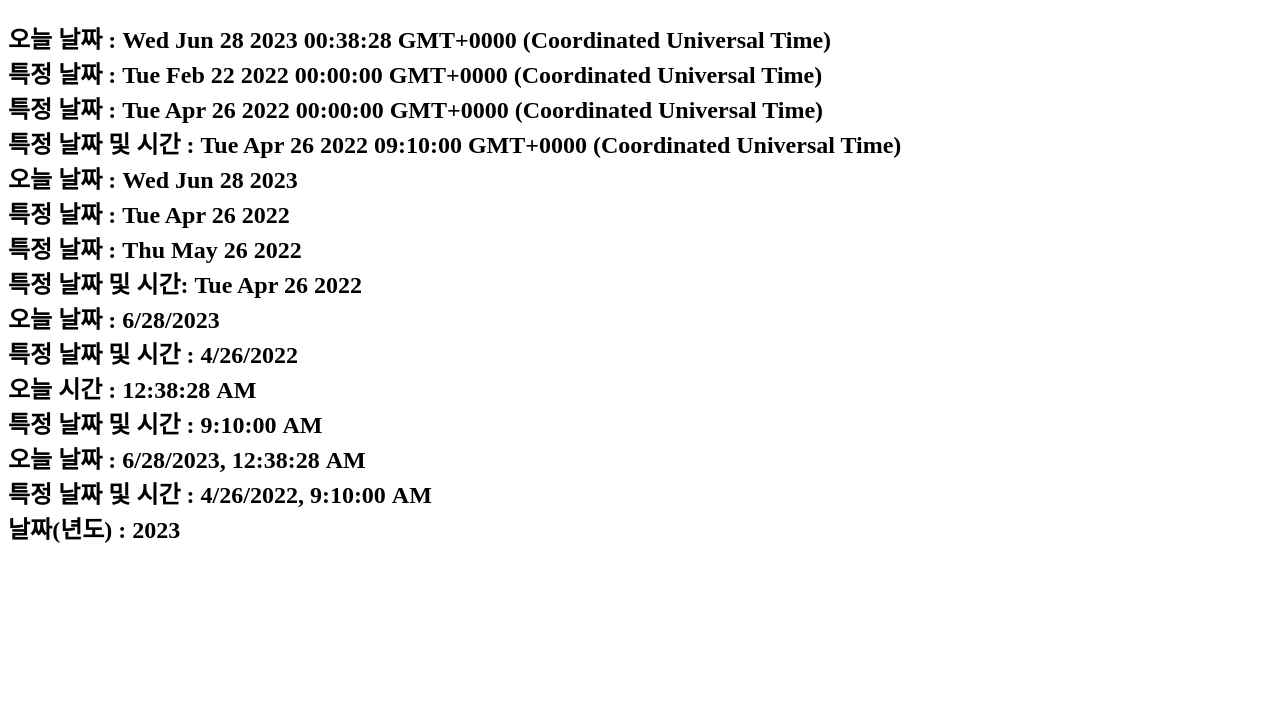
Repository: shinsil0601/webstudy
Page: 03_JavaScript/src/main/webapp/day03/ex02_Date.html
An editor plug-in stored every save of this project. The page is shown before and after the next save, followed by the edit.
The browser window is 1280 px wide. The pictures show the whole page.

Above is the page before, as saved 2023-06-29 02:14:38.

After the next save:
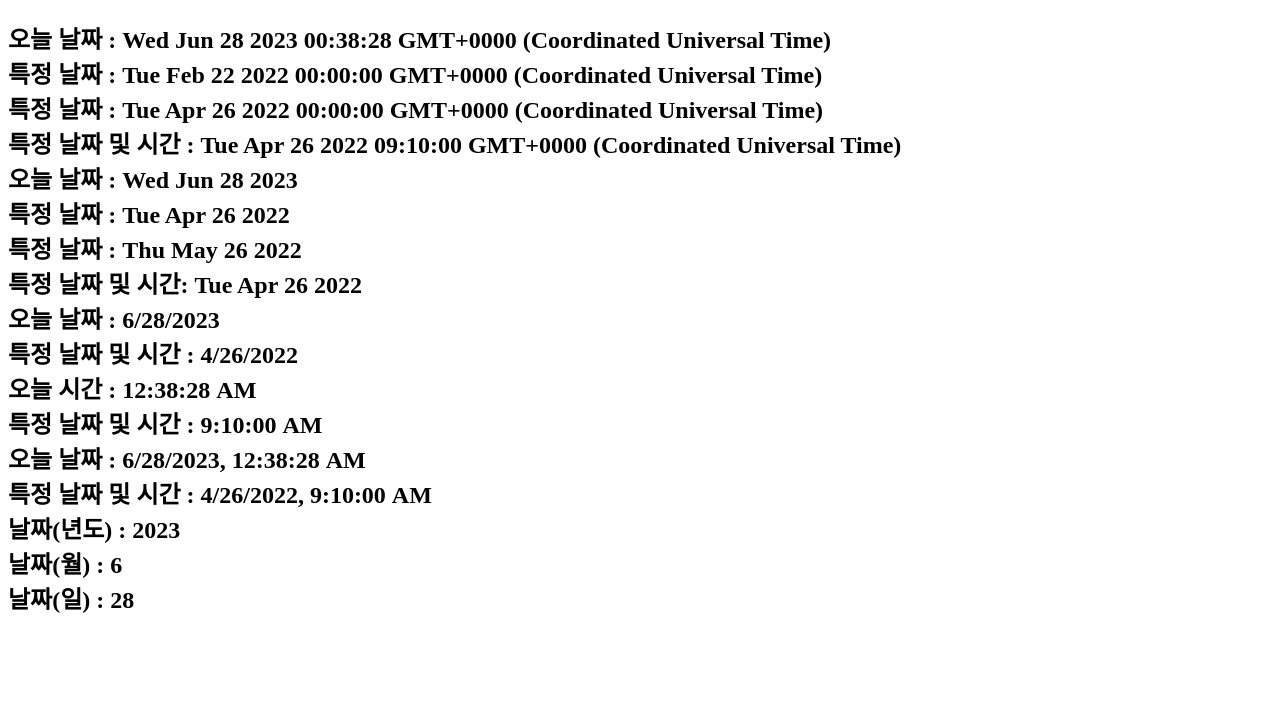
Console error (its wording comes from the project's code and is left out).
Saved 2 min 47 s later.
--- a/03_JavaScript/src/main/webapp/day03/ex02_Date.html
+++ b/03_JavaScript/src/main/webapp/day03/ex02_Date.html
@@ -30,6 +30,12 @@
 	document.write("특정 날짜 및 시간 : "+ new Date(2022,04-1,26,09,10).toLocaleString()+ "<br>");
 
 	document.write("날짜(년도) : "+ new Date().getFullYear() +"<br>");
+	document.write("날짜(월) : "+ (new Date().getMonth()+1) +"<br>");  // +1 해당월
+	document.write("날짜(일) : "+ new Date().getDate() +"<br>");
+	document.write("날짜(시) : "+ new Date().getHoures() +"<br>");
+	document.write("날짜(분) : "+ new Date().getMinutes() +"<br>");
+	document.write("날짜(초) : "+ new Date().getSeconds() +"<br>");
+	document.write("날짜(요일) : "+ new Date().getDay() +"<br>");  //0이 일요일
 
 	document.write("</h2>");
 </script>

After the 2 saves that followed:
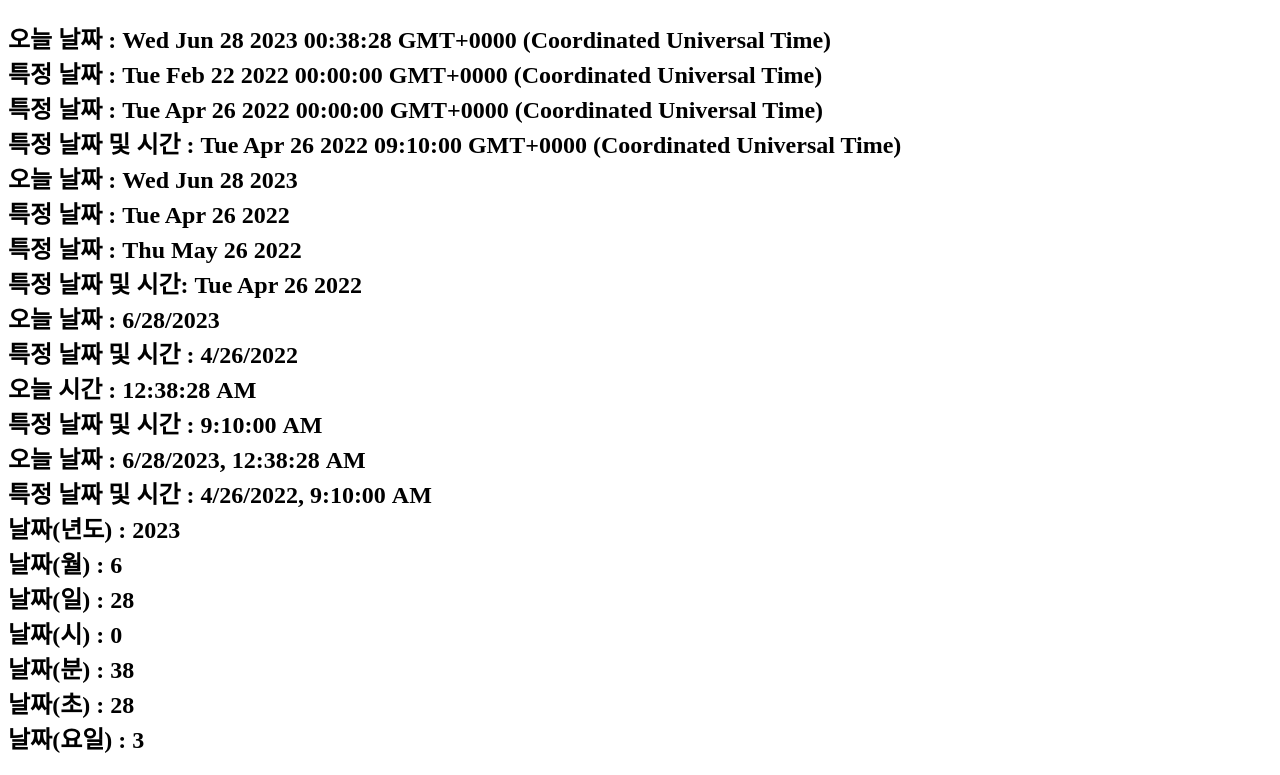
The error is gone.
The 2 saves are shown as one change because 1 left the picture as it was.
The last was saved 112 s later.
--- a/03_JavaScript/src/main/webapp/day03/ex02_Date.html
+++ b/03_JavaScript/src/main/webapp/day03/ex02_Date.html
@@ -18,6 +18,7 @@
 	document.write("특정 날짜 : "+ new Date("2022,04,26").toDateString()+ "<br>");
 	document.write("특정 날짜 : "+ new Date(2022,04,26).toDateString()+ "<br>");
 	document.write("특정 날짜 및 시간: "+ new Date(2022,04-1,26,09,10).toDateString()+ "<br>");
+	document.write("</hr>");
 
 	// .toLocaleDateString() : 보기 쉬운 날짜 형식으로 변경
 	// .toLocaleTimeString() : 보기 쉬운 시간 형식으로 변경
@@ -28,11 +29,12 @@
 	document.write("특정 날짜 및 시간 : "+ new Date(2022,04-1,26,09,10).toLocaleTimeString()+ "<br>");
 	document.write("오늘 날짜 : "+ new Date().toLocaleString()+ "<br>");
 	document.write("특정 날짜 및 시간 : "+ new Date(2022,04-1,26,09,10).toLocaleString()+ "<br>");
+	document.write("</hr>");
 
 	document.write("날짜(년도) : "+ new Date().getFullYear() +"<br>");
 	document.write("날짜(월) : "+ (new Date().getMonth()+1) +"<br>");  // +1 해당월
 	document.write("날짜(일) : "+ new Date().getDate() +"<br>");
-	document.write("날짜(시) : "+ new Date().getHoures() +"<br>");
+	document.write("날짜(시) : "+ new Date().getHours() +"<br>");
 	document.write("날짜(분) : "+ new Date().getMinutes() +"<br>");
 	document.write("날짜(초) : "+ new Date().getSeconds() +"<br>");
 	document.write("날짜(요일) : "+ new Date().getDay() +"<br>");  //0이 일요일
